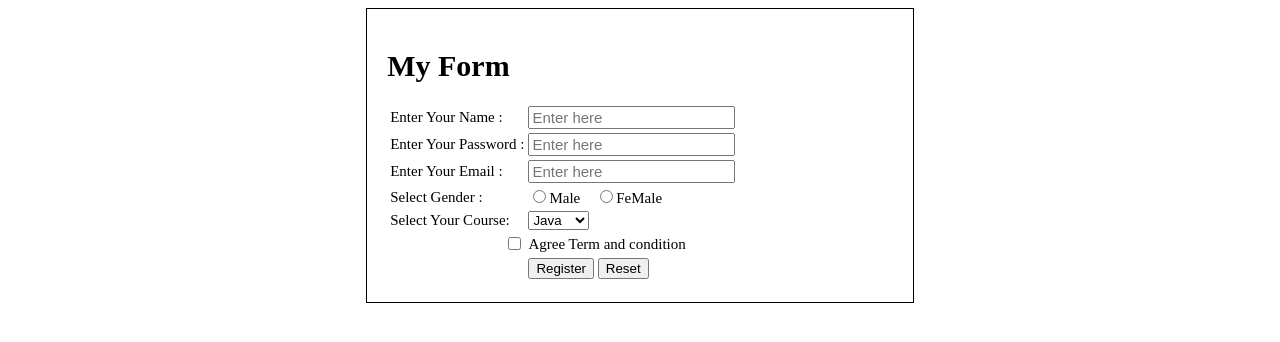
Repository: Kamleshmaury/CoreJava
Page: RegistrationForm/src/main/webapp/index.html
The author's editor kept a copy of each file at every save. The page is drawn from the files as they stood at one save, then again after the next save.
The browser window is 1280 px wide. The pictures show the whole page.

Above is the page before, as saved 2022-10-18 09:13:00.

### RegistrationForm/src/main/webapp/index.html
<!DOCTYPE html>
<html>
<head>
<meta charset="UTF-8">
<title>Registration Form</title>

		<style>
			.container{
				width: 40%;
				border: 1px solid black;
				margin: auto;
				padding: 20px;
				font-size: 15px;
			}

			#myform table tr td input{
				font-size: 15px;

			}

		</style>

</head>
<body>
	<div class="container">
		<h1>My Form</h1>
		<form id ="myform" action="RegistrationServlet" method="post">
			<table>
				<tr>
					<td>Enter Your Name : </td>
					<td> <input type ="text" name="name" placeholder="Enter here"></td>
				</tr>
				<tr>
					<td>Enter Your Password : </td>
					<td> <input type ="password" name="password" placeholder="Enter here"></td>
				</tr>
				<tr>
					<td>Enter Your Email : </td>
					<td> <input type ="email" name="email" placeholder="Enter here"></td>
				</tr>
				<tr>
					<td>Select Gender : </td>
					<td><input type="radio" name="gender" value="male">Male &nbsp; &nbsp;<input type="radio" name="gender" value="female">FeMale </td>
				</tr>

				<tr>
					<td>Select Your Course:</td>
					<td>
						<select name="course">
							<option value="java">Java</option>
							<option value="c++">C++</option>
							<option value="Spring">Spring</option>
							<option value="Mysql">MySql</option>
						</select>
					</td>
				</tr>

				<tr>
					<td style="text-align:right">
						<input type="checkbox" value="checked" name="condition"/>
					</td>
					<td>Agree Term and condition</td>
				</tr>
				<tr>

					<td>

					</td>
					<td>
						<button type="submit">Register </button>
					 	<button type="reset">Reset </button>
					 </td>
				</tr>
			</table>

		</form>
	</div>
</body>
</html>

After the next save:
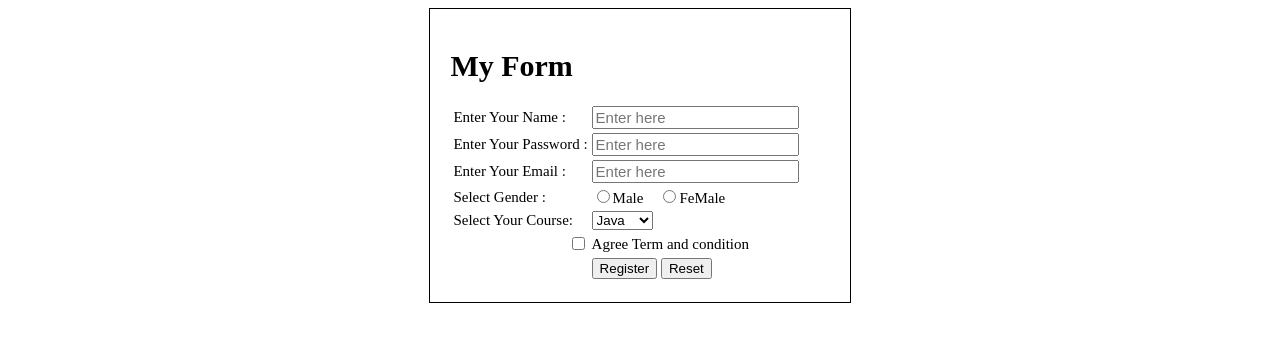
Saved 10 s later.
--- a/RegistrationForm/src/main/webapp/index.html
+++ b/RegistrationForm/src/main/webapp/index.html
@@ -6,7 +6,7 @@
 
 		<style>
 			.container{
-				width: 40%;
+				width: 30%;
 				border: 1px solid black;
 				margin: auto;
 				padding: 20px;
